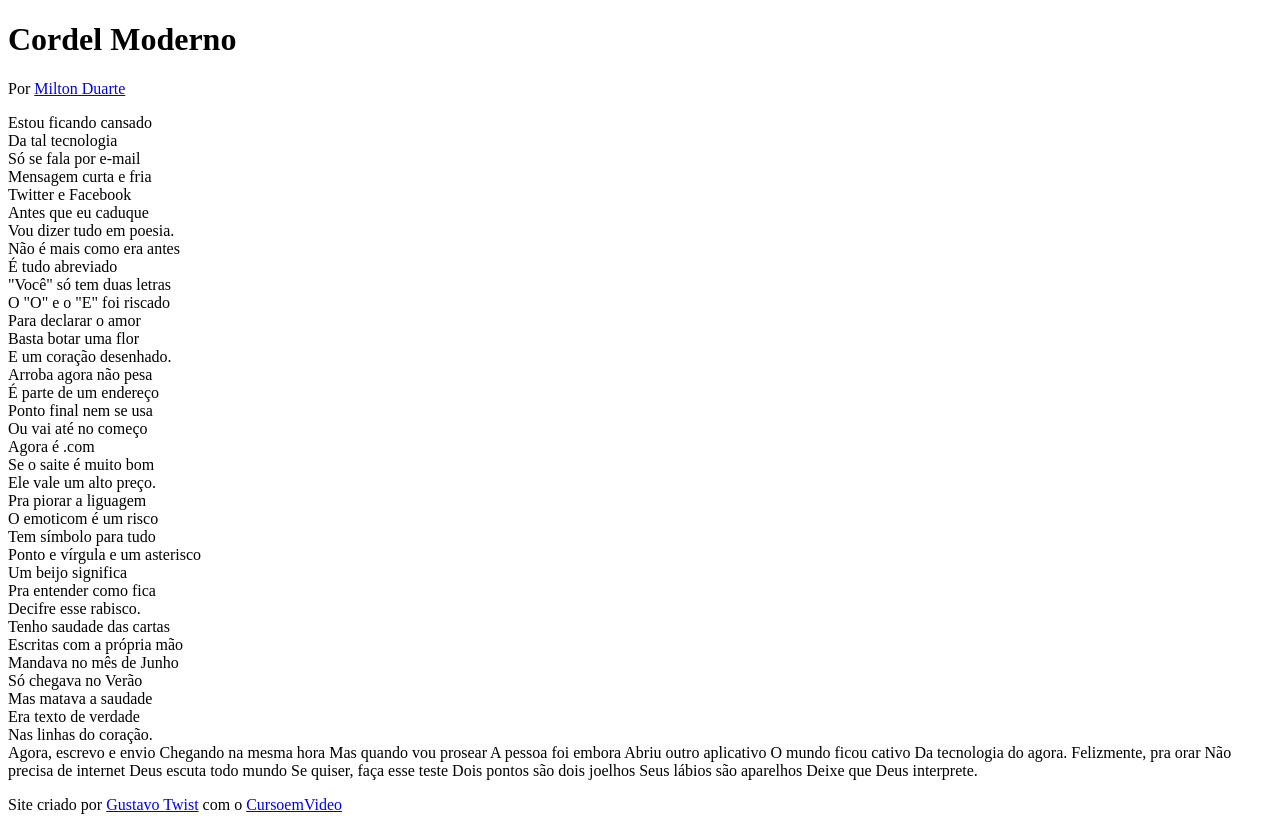
Repository: gustavotwist/projeto-cordel
Page: index.html
The author's editor kept a copy of each file at every save. The page is drawn from the files as they stood at one save, then again after a run of saves.
The browser window is 1280 px wide. The pictures show the whole page.

Above is the page before, as saved 2024-04-15 21:38:28.

### index.html
<!DOCTYPE html>
<html lang="pt-br">
<head>
    <meta charset="UTF-8">
    <meta name="viewport" content="width=device-width, initial-scale=1.0">
    <title>Cordel Moderno</title>
</head>
<body>
    <header>
        <h1>
            Cordel Moderno
        </h1>
        <p>
            Por <a href="https://www.recantodasletras.com.br/poesias/3186743" target="_blank">Milton Duarte</a>
        </p>
    </header>

    <section>
        Estou ficando cansado <br>
        Da tal tecnologia <br>
        Só se fala por e-mail <br>
        Mensagem curta e fria <br>
        Twitter e Facebook <br>
        Antes que eu caduque <br>
        Vou dizer tudo em poesia.
    </section>

    <section>
        Não é mais como era antes <br>
        É tudo abreviado <br>
        "Você" só tem duas letras <br>
        O "O" e o "E" foi riscado <br>
        Para declarar o amor <br>
        Basta botar uma flor <br>
        E um coração desenhado.
    </section>



    <section>
        Arroba agora não pesa <br>
        É parte de um endereço <br>
        Ponto final nem se usa <br>
        Ou vai até no começo <br>
        Agora é .com <br>
        Se o saite é muito bom <br>
        Ele vale um alto preço. <br>
        Pra piorar a liguagem <br>
        O emoticom é um risco <br>
        Tem símbolo para tudo <br>
        Ponto e vírgula e um asterisco <br>
        Um beijo significa <br>
        Pra entender como fica <br>
        Decifre esse rabisco.
    </section>



    <section>
        Tenho saudade das cartas <br>
        Escritas com a própria mão <br>
        Mandava no mês de Junho <br>
        Só chegava no Verão <br>
        Mas matava a saudade <br>
        Era texto de verdade <br>
        Nas linhas do coração.
    </section>



    <section>
        Agora, escrevo e envio
        Chegando na mesma hora
        Mas quando vou prosear
        A pessoa foi embora
        Abriu outro aplicativo
        O mundo ficou cativo
        Da tecnologia do agora.
        Felizmente, pra orar
        Não precisa de internet
        Deus escuta todo mundo
        Se quiser, faça esse teste
        Dois pontos são dois joelhos
        Seus lábios são aparelhos
        Deixe que Deus interprete.
    </section>

    <footer>
        <p>Site criado por <a href="https://github.com/gustavotwist" target="_blank">Gustavo Twist</a> com o <a href="https://www.cursoemvideo.com" target="_blank">CursoemVideo</a></p>
    </footer>
</body>
</html>

After the next 3 saves:
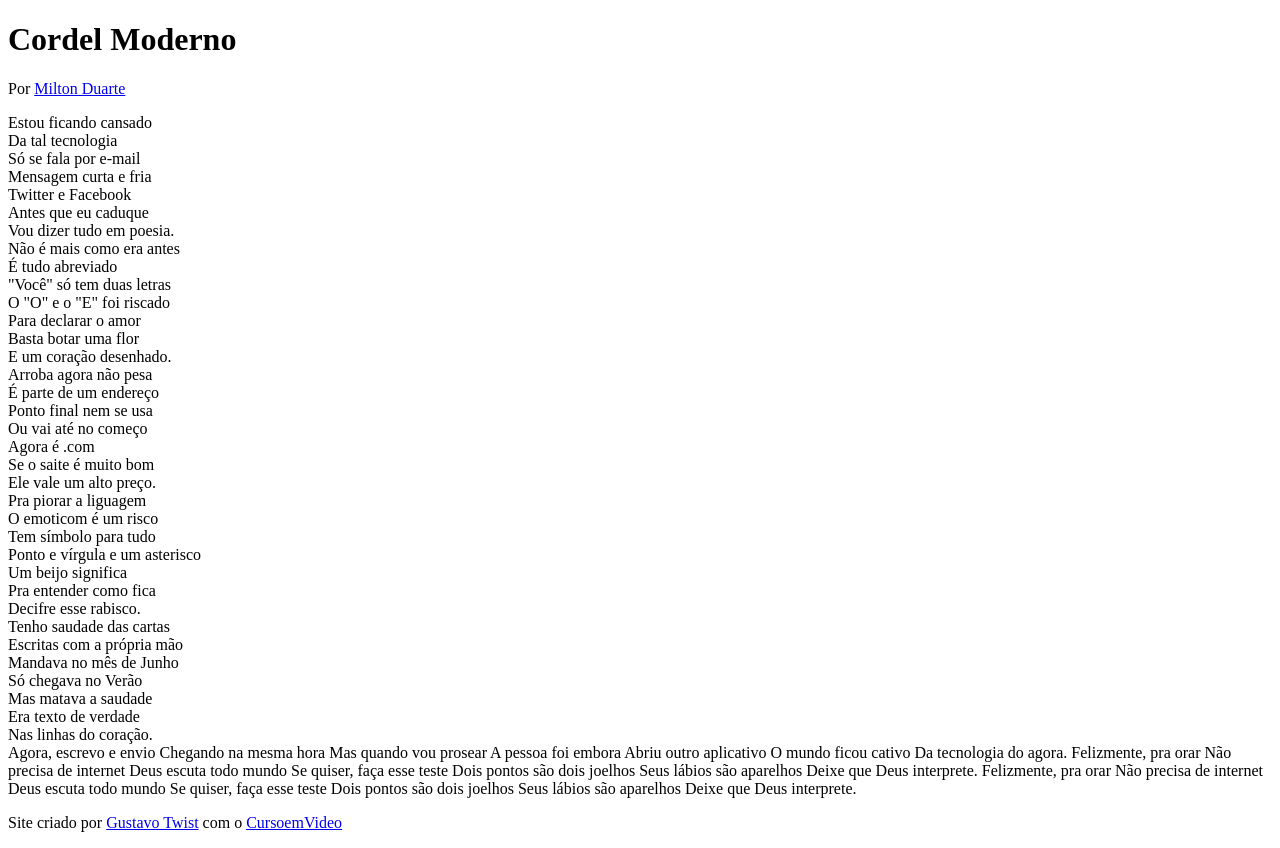
The 3 saves are shown as one change because they came seconds apart.
The last was saved 89 s later.
--- a/index.html
+++ b/index.html
@@ -83,6 +83,14 @@
         Dois pontos são dois joelhos
         Seus lábios são aparelhos
         Deixe que Deus interprete.
+
+        Felizmente, pra orar
+Não precisa de internet
+Deus escuta todo mundo
+Se quiser, faça esse teste
+Dois pontos são dois joelhos
+Seus lábios são aparelhos
+Deixe que Deus interprete.
     </section>
 
     <footer>
